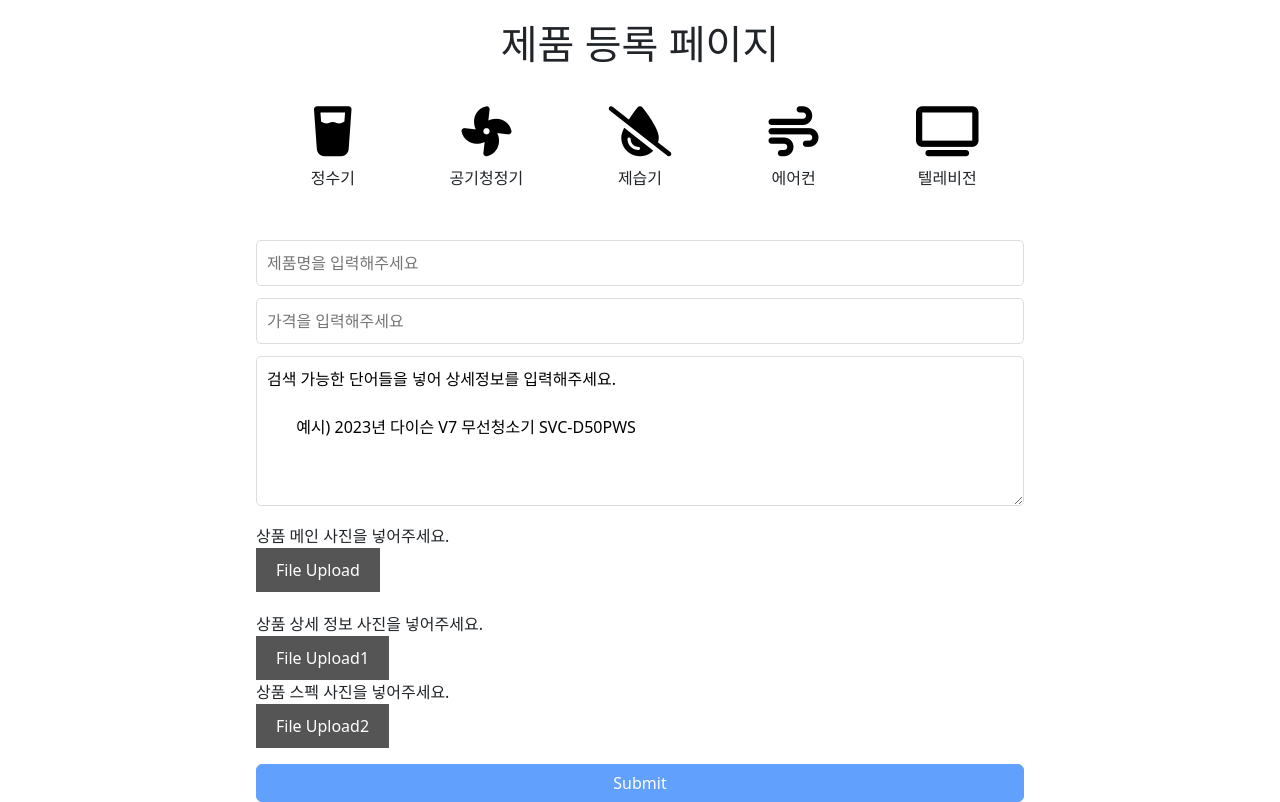
Repository: bbqju13/52si
Page: http://localhost/spring/WEB-INF/views/product/register.jsp
The author's editor kept a copy of each file at every save. The page is drawn from the files as they stood at one save, then again after the next save.
The browser window is 1280 px wide. The pictures show the whole page.
Some web libraries are served in a nearby version. The page is served by Tomcat 9. Nobody is signed in. Other server files are loaded and not shown. The template is opened directly, without the code that normally fills it, so the values that code supplies are empty.

Above is the page before, as saved 2023-07-28 05:41:27.

### spring/src/main/webapp/WEB-INF/views/product/register.jsp
<%@ page language="java" contentType="text/html; charset=UTF-8"
    pageEncoding="UTF-8"%>
<%@ taglib uri="http://java.sun.com/jsp/jstl/core" prefix="c" %>
<!DOCTYPE html>
<html>
<head>
<meta charset="UTF-8">
<title>Product Register Page</title>
<link rel="stylesheet" href="/resources/css/product/register.css">
<script src="https://kit.fontawesome.com/e927512ef5.js" crossorigin="anonymous"></script>
<link href="https://cdn.jsdelivr.net/npm/bootstrap@5.3.1/dist/css/bootstrap.min.css" rel="stylesheet" integrity="sha384-4bw+/aepP/YC94hEpVNVgiZdgIC5+VKNBQNGCHeKRQN+PtmoHDEXuppvnDJzQIu9" crossorigin="anonymous">
<script src="https://cdn.jsdelivr.net/npm/bootstrap@5.3.1/dist/js/bootstrap.bundle.min.js" integrity="sha384-HwwvtgBNo3bZJJLYd8oVXjrBZt8cqVSpeBNS5n7C8IVInixGAoxmnlMuBnhbgrkm" crossorigin="anonymous"></script>
</head>
<body>
	<h1>제품 등록 페이지</h1>
	 <form action="/product/register" method="post" id="registerForm" class="was-validated" enctype="multipart/form-data">
        <div id="productDiv">
            <ul>
                <li class="product" data-value="정수기">
                    <div>
                        <i class="fa-solid fa-glass-water" style="color: #000000;"></i>
                        <div class="product-name">정수기</div>
                    </div>
                </li>
                <li class="product" data-value="공기청정기">
                    <div>
                        <i class="fa-solid fa-fan" style="color: #000000;"></i>
                        <div class="product-name">공기청정기</div>
                    </div>
                </li>
                <li class="product" data-value="제습기">
                    <div>
                        <i class="fa-solid fa-droplet-slash" style="color: #000000;"></i>
                        <div class="product-name">제습기</div>
                    </div>
                </li>
                <li class="product" data-value="에어컨">
                    <div>
                        <i class="fa-solid fa-wind" style="color: #000000;"></i>
                        <div class="product-name">에어컨</div>
                    </div>
                </li>
                <li class="product" data-value="텔레비전">
                    <div>
                        <i class="fa-solid fa-tv" style="color: #000000;"></i>
                        <div class="product-name">텔레비전</div>
                    </div>
                </li>
            </ul>
        </div>
        <input type="hidden" name="type_a" id="mySelection">
        <p id="type_aError" class="error" style="color: red; display: none;">제품 카테고리를 입력해주세요.</p>
       <br>
       <input name="pname" placeholder="제품명을 입력해주세요"> <br>
       <p id="pnameError" class="error" style="color: red; display: none;">제품명을 입력해주세요.</p>
       <input id="priceInput" name="price" placeholder="가격을 입력해주세요"> <br>
       <p id="priceError" class="error" style="color: red; display: none;">숫자만 입력해주세요.</p>
       <textarea name="content" cols="50" rows="10">&#10;검색 가능한 단어들을 넣어 상세정보를 입력해주세요.&#10;
       예시) 2023년 다이슨 V7 무선청소기 SVC-D50PWS
       </textarea> <br>
       <div class="fileDiv">
       	   상품 메인 사진을 넣어주세요.<input type="file" id="files" name="files" style="display: none" class="form-control" aria-label="file example" required> <br>
	       <button type="button" id="trigger">File Upload</button> <br>
	       <div id="fileZone">

	       </div>
	   </div>

	   <div class="fileDiv">
	   	   상품 상세 정보 사진을 넣어주세요.<input type="file" id="files1" name="files" style="display: none" class="form-control" aria-label="file example" required> <br>
	       <button type="button" id="trigger1">File Upload1</button> <br>

	       <div id="fileZone1">

	       </div>
       </div>

       <div class="fileDiv">
       	   상품 스펙 사진을 넣어주세요.<input type="file" id="files2" name="files" style="display: none" class="form-control" aria-label="file example" required> <br>
	       <button type="button" id="trigger2">File Upload2</button> <br>

	       <div id="fileZone2">

	       </div>
       </div>
       <button onclick="validateButton(event)" id="regBtn" class="btn btn-primary" type="submit" disabled>Submit</button>
    </form>

	<script type="text/javascript" src="/resources/js/product/productRegister.js"></script>
	<script type="text/javascript">
	    const thereis = `<c:out value="${thereis}"/>`;
	    console.log(thereis);
	    if (thereis === "1") {
	        alert("같은 상품명이 존재합니다. 다시 입력해주세요.");
	        document.getElementById("registerForm").addEventListener("submit", function(e) {
	        });
	    }
</script>
</body>
</html>

### spring/src/main/webapp/resources/css/product/register.css
body {
    font-family: 'Helvetica Neue', Helvetica, Arial, sans-serif;
    background-color: #fff;
    color: #333;
    margin: 0;
    padding: 0;
}

h1 {
    text-align: center;
    padding: 20px 0;
}

form {
    width: 60%;
    margin: 0 auto;
}

input, textarea {
    width: 100%;
    margin: 10px;
    padding: 10px;
    font-size: 0.8em;
    border-radius: 5px;
    border: 1px solid #ddd;
    margin-bottom: 12px !important;
}

textarea {
    height: 150px;
}

li {
    list-style-type: none;
    flex: 1;
    text-align: center;
    padding: 10px;
    box-sizing: border-box;
    margin: 0 5px;
}

ul {
    display: flex;
    justify-content: space-between;
    cursor: pointer;
    padding-left: 0px !important;
    margin-bottom: 12px;
}

.product-clicked {
    background-color: rgba(128, 128, 128, 0.5);
   	padding: 10px;
   	margin-top: -10px;
    border-radius: 5px;
    animation: pop 0.6s;
}
@keyframes pop {
    0% { transform: scale(1); }
    50% { transform: scale(1.2); }
    100% { transform: scale(1); }
}

i {
    font-size: 50px;
    display: block;
    margin-bottom: 10px;
}

button {
    background-color: #555;
    color: #fff;
    border: none;
    padding: 10px 20px;
    text-align: center;
    text-decoration: none;
    display: inline-block;
    font-size: 16px;
    margin: 4px 2px;
    cursor: pointer;
}

button:hover {
    background-color: #343638;
}

#regBtn {
    width: 100%;
}

#fileZone {
    margin-bottom: 20px;
}

.product-name {
	white-space:nowrap;
}

.error {
	text-align: center;
}

#type_aError {
	margin: 0;
}

#regBtn {
	margin-top: 16px;
}

### spring/src/main/webapp/resources/js/product/productRegister.js
document.getElementById('trigger').addEventListener('click', () => {
    document.getElementById('files').click();
})

document.getElementById('trigger1').addEventListener('click', () => {
    document.getElementById('files1').click();
})

document.getElementById('trigger2').addEventListener('click', () => {
    document.getElementById('files2').click();
})

const regExp = new RegExp("\.(exe|sh|bat|msi|dll|js)$");
const regExpImg = new RegExp("\.(jpg|jpeg|png|gif|bmp)$");
const maxSize = 1024*1024*20;

function fileSizeValidation(fileName, fileSize) {
    if(regExp.test(fileName)) {
        return 0;
    } else if(fileSize > maxSize) {
        return 0;
    } else {
        return 1;
    }
}

document.addEventListener('change', (e) => {
    console.log(e.target);
    if(e.target.id=='files') {
        document.getElementById('regBtn').disabled=false;
        const fileObject = document.getElementById('files').files;
        console.log(fileObject);

        let div = document.getElementById('fileZone');
        div.innerHTML = '';
        let ul = `<ul>`;
        let isOk = 1;
        for(let file of fileObject) {
            console.log(file);
            let validResult = fileSizeValidation(file.name, file.size);
            isOk*=validResult;
            ul += `<li>`;
            ul += `${validResult ? '<div>업로드 가능':'<div>업로드 불가능'}</div>`;
            ul += `${file.name}`;
            ul += `<span class="badge rounded-pill text-bg-${validResult?'success':'danger'}">${file.size}Bytes</span></li>`;
        }
        ul += `</ul>`;
        div.innerHTML = ul;
        if(isOk==0) {
            document.getElementById('regBtn').disabled = true;
        }

    }
})

document.addEventListener('change', (e) => {
    console.log(e.target);
    if(e.target.id=='files1') {
        document.getElementById('regBtn').disabled=false;
        const fileObject = document.getElementById('files1').files;
        console.log(fileObject);

        let div1 = document.getElementById('fileZone1');
        div1.innerHTML = '';
        let ul = `<ul>`;
        let isOk = 1;
        for(let file of fileObject) {
            console.log(file);
            let validResult = fileSizeValidation(file.name, file.size);
            isOk*=validResult;
            ul += `<li>`;
            ul += `${validResult ? '<div>업로드 가능':'<div>업로드 불가능'}</div>`;
            ul += `${file.name}`;
            ul += `<span class="badge rounded-pill text-bg-${validResult?'success':'danger'}">${file.size}Bytes</span></li>`;
        }
        ul += `</ul>`;
        div1.innerHTML = ul;
        if(isOk==0) {
            document.getElementById('regBtn').disabled = true;
        }

    }
})

document.addEventListener('change', (e) => {
    console.log(e.target);
    if(e.target.id=='files2') {
        document.getElementById('regBtn').disabled=false;
        const fileObject = document.getElementById('files2').files;
        console.log(fileObject);

        let div1 = document.getElementById('fileZone2');
        div1.innerHTML = '';
        let ul = `<ul>`;
        let isOk = 1;
        for(let file of fileObject) {
            console.log(file);
            let validResult = fileSizeValidation(file.name, file.size);
            isOk*=validResult;
            ul += `<li>`;
            ul += `${validResult ? '<div>업로드 가능':'<div>업로드 불가능'}</div>`;
            ul += `${file.name}`;
            ul += `<span class="badge rounded-pill text-bg-${validResult?'success':'danger'}">${file.size}Bytes</span></li>`;
        }
        ul += `</ul>`;
        div1.innerHTML = ul;
        if(isOk==0) {
            document.getElementById('regBtn').disabled = true;
        }

    }
})

window.onload = function(){
    var products = document.querySelectorAll('.product');
    products.forEach(function(product){
        product.addEventListener('click', function(e){
            // remove product-clicked from all products
            products.forEach(function(prod){
                prod.firstElementChild.classList.remove('product-clicked');
            });

            // add product-clicked to the clicked product
            e.currentTarget.firstElementChild.classList.add('product-clicked');

            // update the hidden input with the data-value of the clicked product
            document.getElementById('mySelection').value = e.currentTarget.dataset.value;
        });
    });
}

function validateButton(event) {
    var type_aInput = document.querySelector('input[name="type_a"]');
    var type_aError = document.getElementById("type_aError");
    var pnameInput = document.querySelector('input[name="pname"]');
    var pnameError = document.getElementById("pnameError");
    var priceInput = document.querySelector('input[name="price"]');
    var priceError = document.getElementById("priceError");
    var contentTextarea = document.querySelector('textarea[name="content"]');
    var isFormValid = true; // 폼 유효성 검사 결과
    console.log(isFormValid);

    if (type_aInput.value.trim() === "") {
        isFormValid = false;
        type_aError.style.display = "block";
    } else {
        type_aError.style.display = "none";
    }

    if (pnameInput.value.trim() === "") {
        isFormValid = false;
        pnameError.style.display = "block";
    } else {
        pnameError.style.display = "none";
    }

    if (priceInput.value.trim() === "" || isNaN(priceInput.value)) {
        isFormValid = false;
        priceError.style.display = "block";
    } else {
        priceError.style.display = "none";
    }

    if (contentTextarea.value.trim() === "") {
        isFormValid = false;
    }

    console.log(isFormValid);
    // 폼 전송 막기
    if (!isFormValid) {
        event.preventDefault();
    }
}

After the next save:
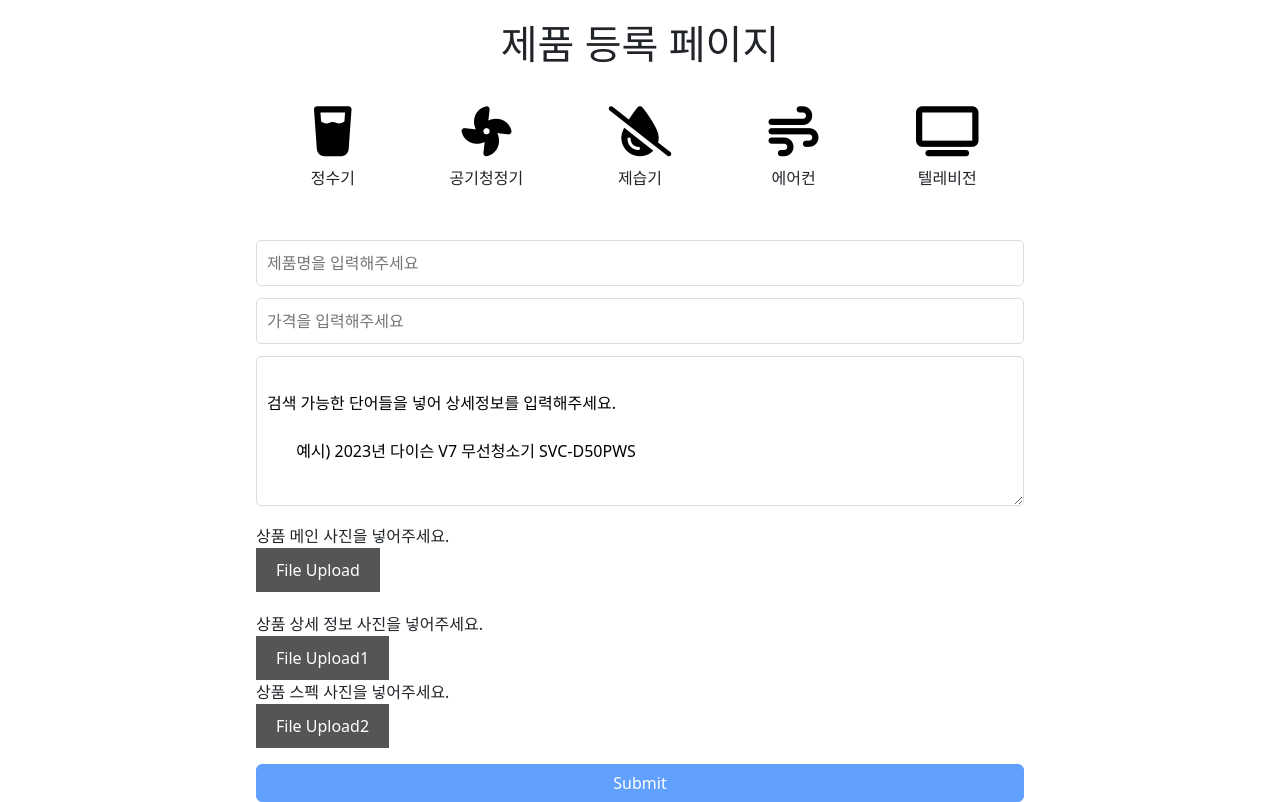
Saved 10 s later.
--- a/spring/src/main/webapp/WEB-INF/views/product/register.jsp
+++ b/spring/src/main/webapp/WEB-INF/views/product/register.jsp
@@ -55,7 +55,7 @@
        <p id="pnameError" class="error" style="color: red; display: none;">제품명을 입력해주세요.</p>
        <input id="priceInput" name="price" placeholder="가격을 입력해주세요"> <br>
        <p id="priceError" class="error" style="color: red; display: none;">숫자만 입력해주세요.</p>
-       <textarea name="content" cols="50" rows="10">&#10;검색 가능한 단어들을 넣어 상세정보를 입력해주세요.&#10;
+       <textarea name="content" cols="50" rows="10"> &#10;검색 가능한 단어들을 넣어 상세정보를 입력해주세요.&#10;
        예시) 2023년 다이슨 V7 무선청소기 SVC-D50PWS
        </textarea> <br>
        <div class="fileDiv">
